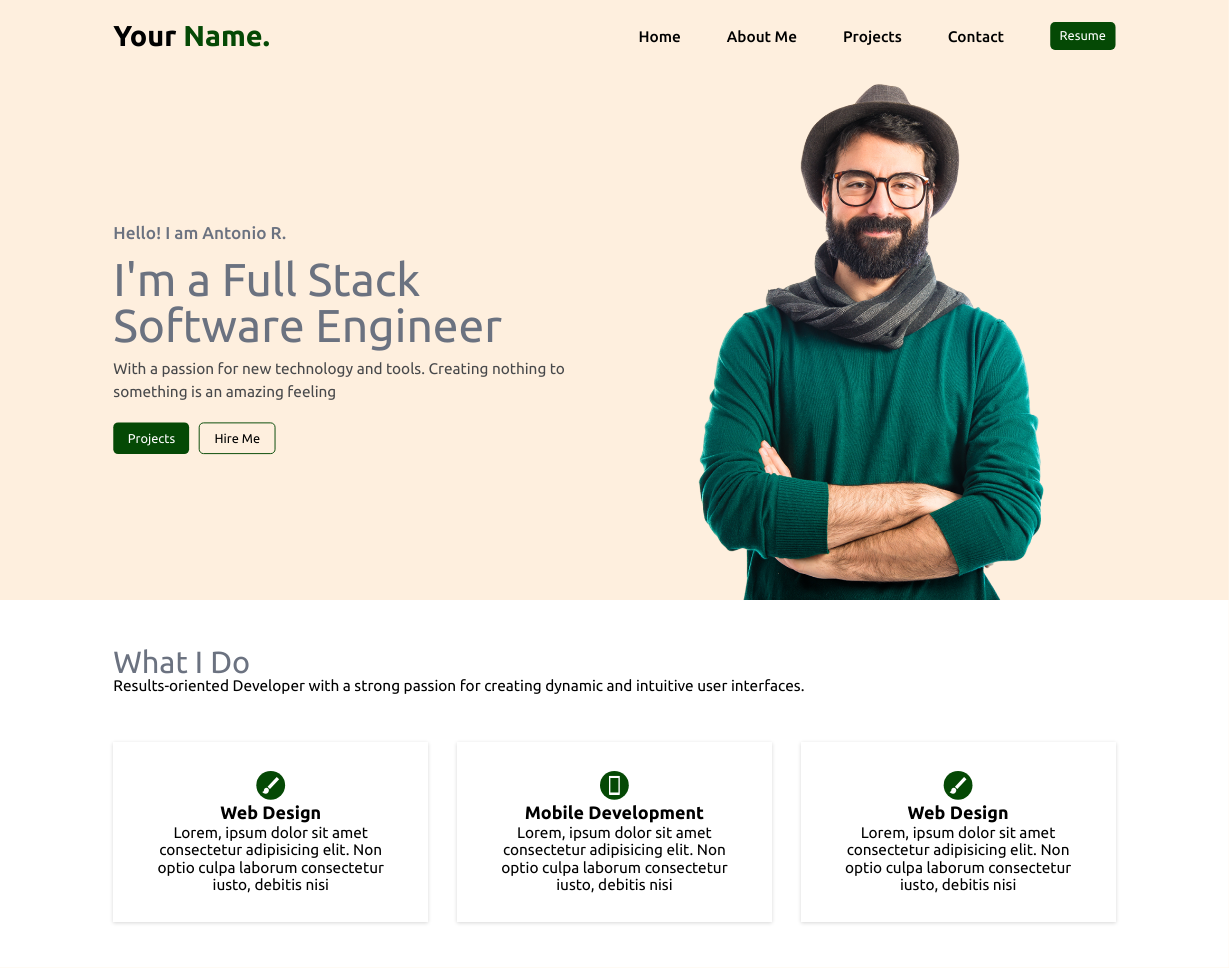
Repository: DevAntonioRogers/vanilla-portfolio
Page: index.html
The author's editor kept a copy of each file at every save. The page is drawn from the files as they stood at one save, then again after the next save.
The browser window is 1280 px wide. The pictures show the whole page, at 96% of full size.

Above is the page before, as saved 2023-07-14 23:00:34.

### index.html
<!DOCTYPE html>
<html lang="en">
  <head>
    <meta charset="UTF-8" />
    <meta name="viewport" content="width=device-width, initial-scale=1.0" />
    <link rel="stylesheet" href="style.css" />
    <script type="module" src="https://unpkg.com/ionicons@7.1.0/dist/ionicons/ionicons.esm.js"></script>
    <script nomodule src="https://unpkg.com/ionicons@7.1.0/dist/ionicons/ionicons.js"></script>
    <title>Antonio Rogers</title>
  </head>
  <body>
    <nav>
      <div class="container navbar">
        <a href="/" aria-label="Home">
          <h1>Your <span>Name.</span></h1></a
        >
        <ul>
          <li>
            <a href="/" aria-label="Home">Home</a>
          </li>
          <li>
            <a href="/" aria-label="About Me">About Me</a>
          </li>
          <li>
            <a href="/" aria-label="Projects">Projects</a>
          </li>
          <li>
            <a href="/" aria-label="Contact">Contact</a>
          </li>
          <li>
            <a href="/resume.pdf" download aria-label="Download Resume">
              <button class="navbar-button">Resume</button>
            </a>
          </li>
        </ul>
      </div>
    </nav>

    <section class="hero">
      <div class="container hero-container">
        <div class="hero-info">
          <h4>Hello! I am Antonio R.</h4>
          <h1>I'm a Full Stack Software Engineer</h1>
          <p>With a passion for new technology and tools. Creating nothing to something is an amazing feeling</p>

          <div class="hero-btn-container">
            <button>Projects</button>
            <button>Hire Me</button>
          </div>
        </div>

        <div class="hero-image-container">
          <img src="hero.png" alt="" />
        </div>
      </div>
    </section>

    <section class="skills">
      <div class="container skills-container">
        <div class="skills-heading">
          <h2>What I Do</h2>
          <p>
            Results-oriented Developer with a strong passion for creating dynamic and
            <span>intuitive user interfaces</span>.
          </p>
        </div>

        <div class="skills-boxes">
          <div class="skill-box">
            <ion-icon name="brush-sharp"></ion-icon>
            <h3>Web Design</h3>
            <p>
              Lorem, ipsum dolor sit amet consectetur adipisicing elit. Non optio culpa laborum consectetur iusto,
              debitis nisi
            </p>
          </div>
          <div class="skill-box">
            <ion-icon name="phone-portrait-sharp"></ion-icon>
            <h3>Mobile Development</h3>
            <p>
              Lorem, ipsum dolor sit amet consectetur adipisicing elit. Non optio culpa laborum consectetur iusto,
              debitis nisi
            </p>
          </div>
          <div class="skill-box">
            <ion-icon name="brush-sharp"></ion-icon>
            <h3>Web Design</h3>
            <p>
              Lorem, ipsum dolor sit amet consectetur adipisicing elit. Non optio culpa laborum consectetur iusto,
              debitis nisi
            </p>
          </div>
        </div>
      </div>
    </section>
  </body>
</html>

### style.css
@import url("https://fonts.googleapis.com/css2?family=Ubuntu:wght@300;400;500;700&display=swap");

* {
  box-sizing: border-box;
  padding: 0;
  margin: 0;
  font-family: "Ubuntu", sans-serif;
}

a {
  text-decoration: none;
  color: inherit;
}

li {
  list-style: none;
}

.container {
  width: 89%;
  margin: auto;
  max-width: 1044px;
}

ion-icon {
  background-color: rgb(5, 73, 5);
  padding: 5px;
  font-size: 20px;
  color: white;
  border-radius: 50px;
}

/* NAVBAR STYLING */

nav {
  background: #feefde;
  padding: 20px 0;
}

.navbar {
  display: flex;
  justify-content: space-between;
  align-items: center;
}

.navbar h1 {
  font-size: 30px;
  font-weight: 700;
}

.navbar span {
  color: rgb(5, 73, 5);
}

.navbar ul {
  display: flex;
  align-items: center;
  gap: 3rem;
}

.navbar ul li {
  font-weight: 500;
}

.navbar-button {
  background-color: rgb(5, 73, 5);
  padding: 7px 10px;
  border-radius: 5px;
  color: white;
  border: none;
}

/* HERO STYLES */

.hero {
  background-color: #feefde;
}

.hero-container {
  display: grid;
  grid-template-columns: repeat(2, minmax(0, 1fr));
  align-items: center;
  gap: 1.5rem;
}

.hero-image-container {
  display: flex;
  justify-content: center;
  align-items: center;
}

.hero-info h4 {
  font-size: 1.12rem;
  line-height: 1.75rem;
  color: #6b7280;
  font-weight: 500;
  margin-bottom: 10px;
}

.hero-info h1 {
  font-size: 3rem;
  line-height: 1;
  color: #6b7280;
  font-weight: 400;
  margin-bottom: 10px;
}

.hero-info p {
  font-size: 1rem;
  line-height: 1.5rem;
  font-weight: 400;
  color: #48494b;
}

.hero-btn-container {
  margin-top: 20px;
  display: flex;
  gap: 10px;
}
.hero-btn-container button:nth-child(1) {
  background-color: rgb(5, 73, 5);
  color: white;
  border: none;
  padding: 8px 15px;
  border-radius: 5px;
}

.hero-btn-container button:nth-child(2) {
  background-color: transparent;
  padding: 8px 15px;
  border-radius: 5px;
  border: solid 1px rgb(5, 73, 5);
}

.hero-container img {
  height: 550px;
  position: relative;
}

/* Skills Styles */

.skills {
  padding: 3rem 0;
}

.skills-heading h2 {
  font-size: 2rem;
  line-height: 1;
  color: #6b7280;
  font-weight: 400;
}

.skills-boxes {
  display: grid;
  grid-template-columns: repeat(3, minmax(0, 1fr));
  gap: 30px;
  text-align: center;
  margin-top: 50px;
}

.skill-box {
  box-shadow: rgba(0, 0, 0, 0.16) 0px 1px 4px;
  padding: 30px;
}

After the next save:
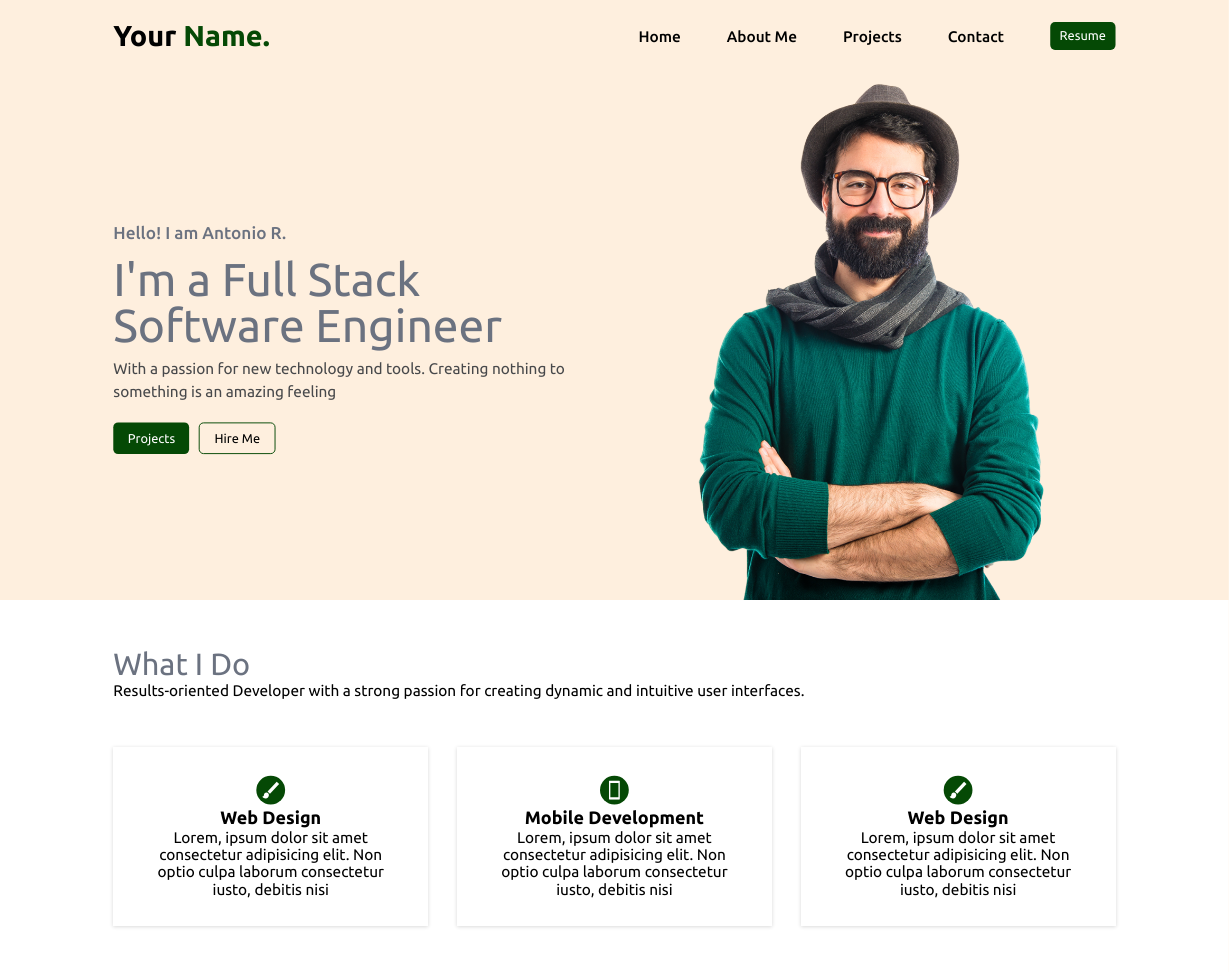
Saved 5 s later.
--- a/style.css
+++ b/style.css
@@ -145,7 +145,7 @@
 
 .skills-heading h2 {
   font-size: 2rem;
-  line-height: 1;
+
   color: #6b7280;
   font-weight: 400;
 }

After the save that followed:
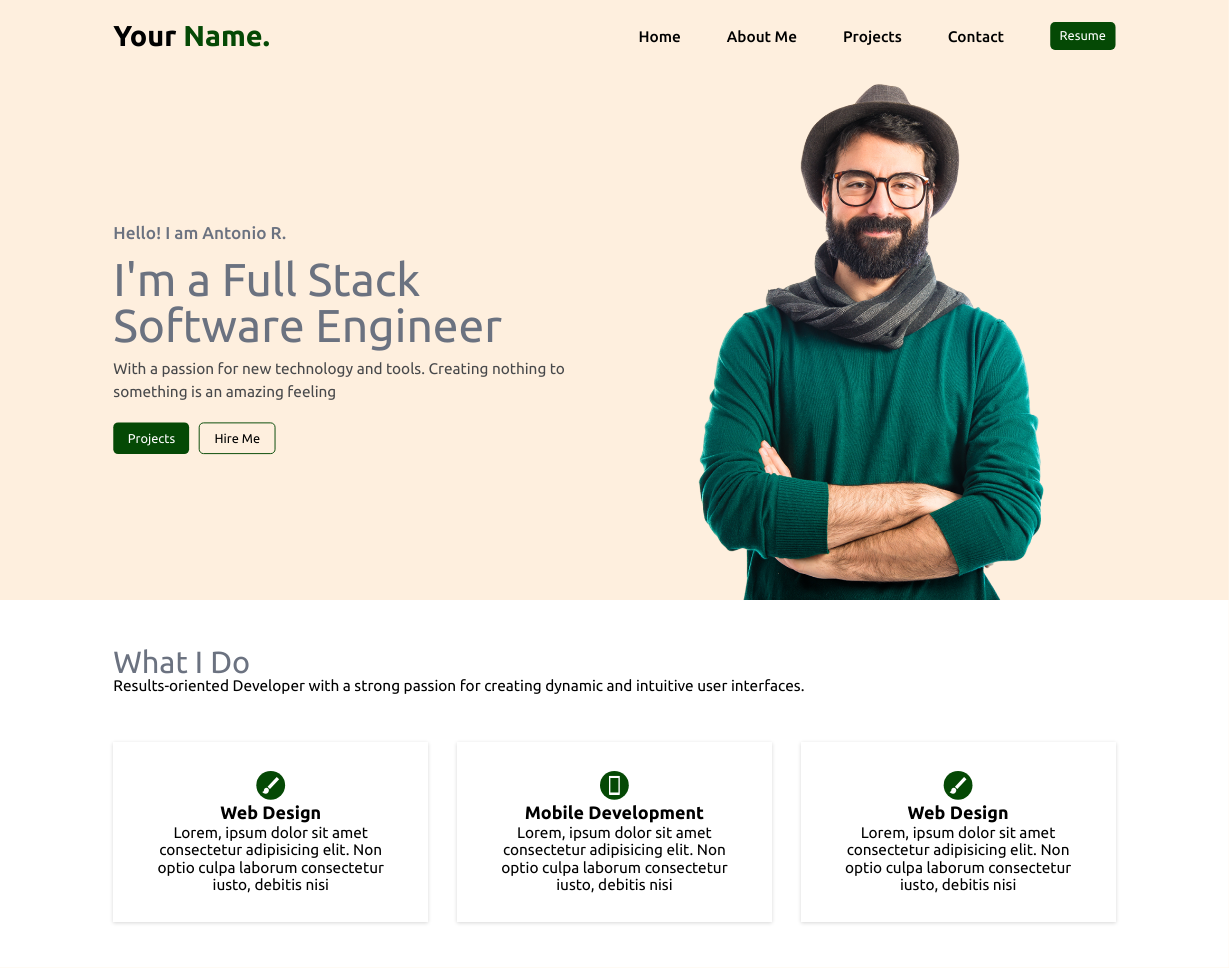
Saved 4 s later.
--- a/style.css
+++ b/style.css
@@ -145,7 +145,7 @@
 
 .skills-heading h2 {
   font-size: 2rem;
-
+  line-height: 1;
   color: #6b7280;
   font-weight: 400;
 }
